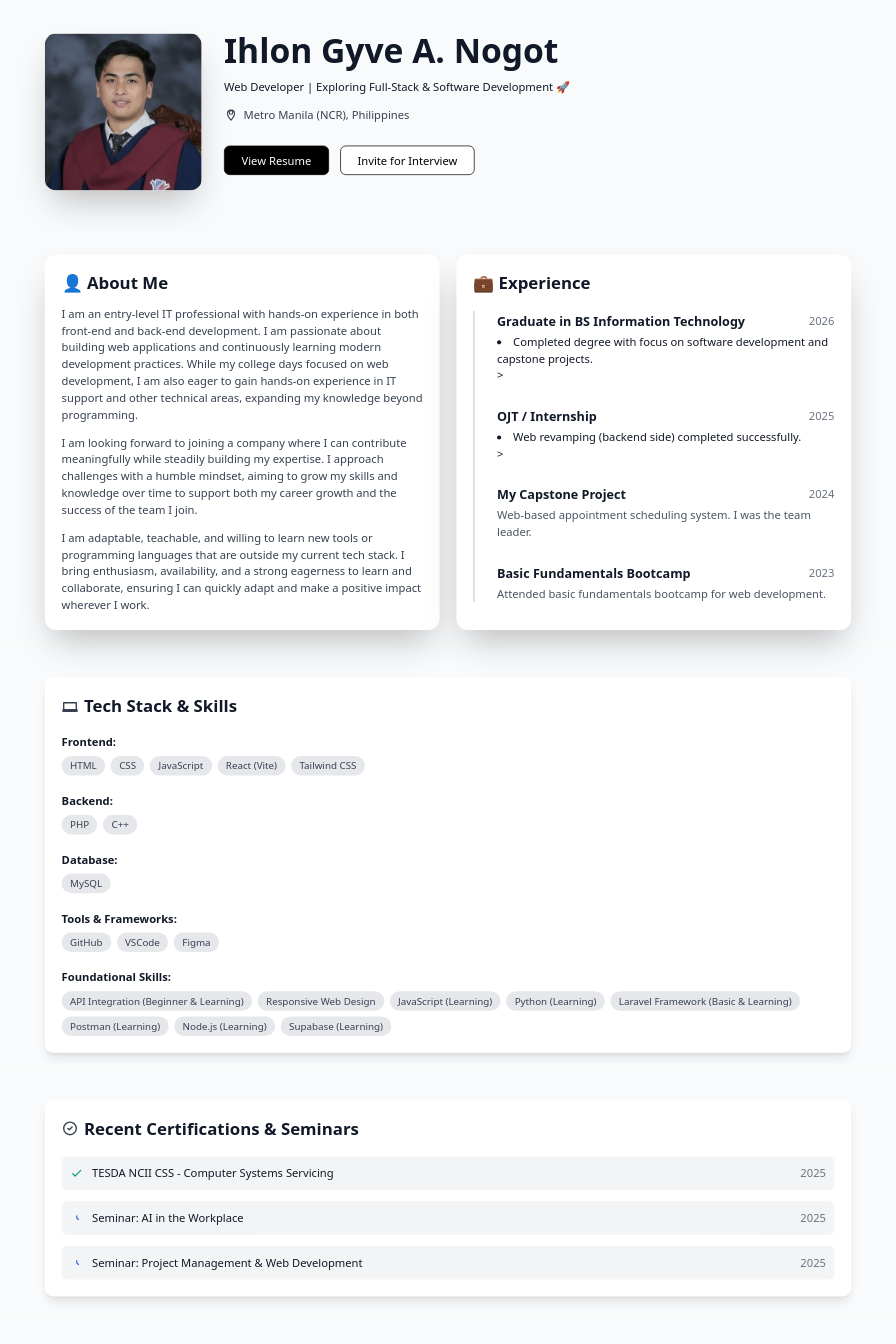
Repository: MeekSharkdev/cv-portfolio
Page: index.html
These files come from the project's save history. The page is drawn as it stood at one moment and after a run of saves; the edit follows.
The browser window is 1280 px wide. The pictures show the part of the page from y = 0 to 1920 px (the page is 2616 px tall), at 70% of full size.
A picture or video elsewhere on the page could not be fetched, so the positions and the page height are approximate.

Above is the page before, as saved 2026-01-31 20:27:55.
Not found: styles.css

After the next 5 saves:
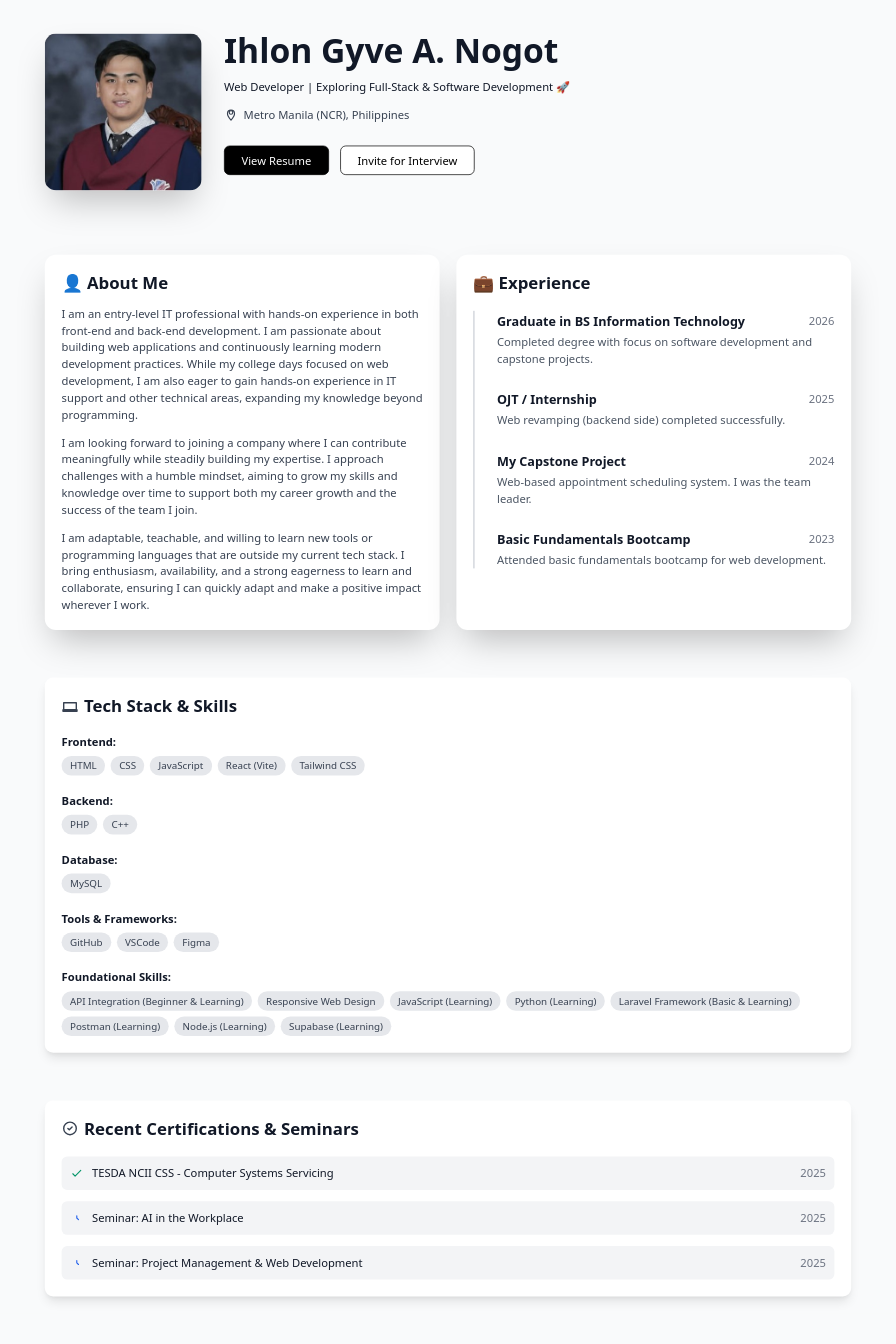
The 5 saves are shown as one change because they came seconds apart.
The last was saved 15 s later.
--- a/index.html
+++ b/index.html
@@ -114,8 +114,8 @@
                         <h3 class="text-lg font-bold">Graduate in BS Information Technology</h3>
                         <span class="text-gray-500">2026</span>
                     </div>
-                    <p class="text-gray-600 mt-1"><li>Completed degree with focus on software development and capstone
-                    projects.</li>></p>
+                    <p class="text-gray-600 mt-1">Completed degree with focus on software development and capstone
+                        projects.</p>
                 </div>
 
                 <!-- Internship / OJT -->
@@ -124,7 +124,7 @@
                         <h3 class="text-lg font-bold">OJT / Internship</h3>
                         <span class="text-gray-500">2025</span>
                     </div>
-                    <p class="text-gray-600 mt-1"><li>Web revamping (backend side) completed successfully.</li>></p>
+                    <p class="text-gray-600 mt-1">Web revamping (backend side) completed successfully.</p>
                 </div>
 
                 <!-- Capstone Project -->
